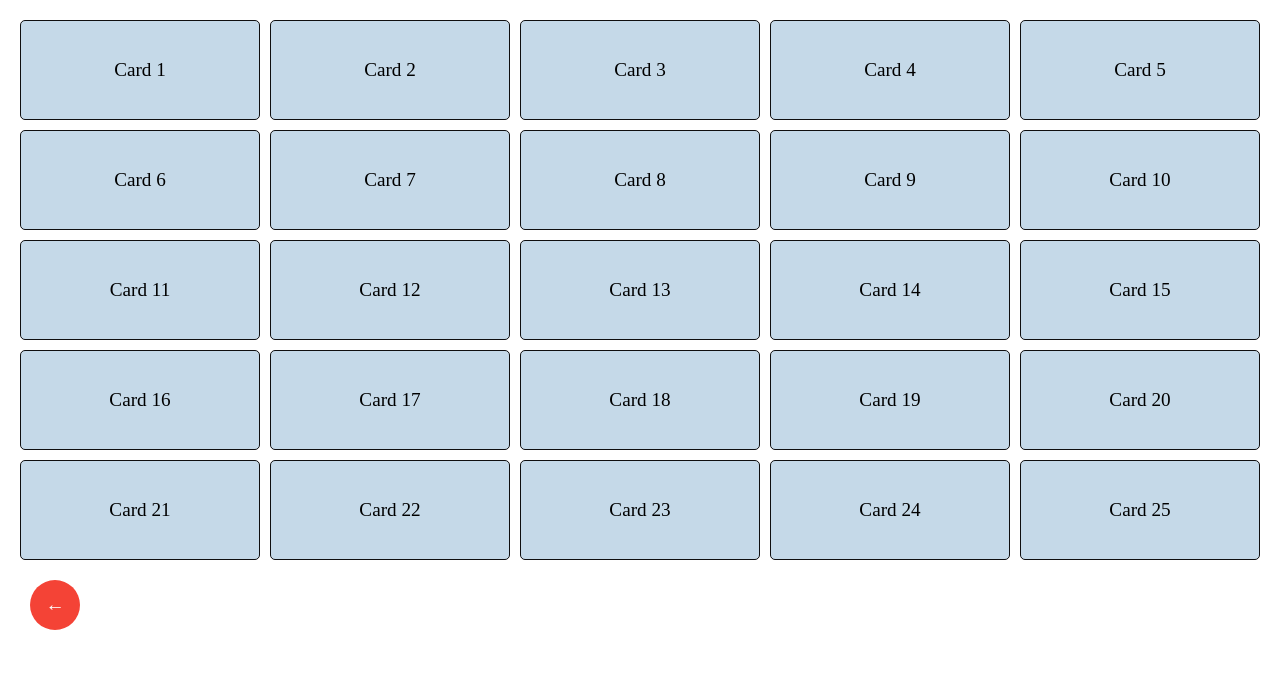
Repository: parnelltse/frontend2-courseproject
Page: /multigame
These files come from the project's save history. The page is drawn as it stood at one moment and after the next save; the edit follows.
The browser window is 1280 px wide. The pictures show the whole page.
The project was rebuilt for these pictures with package versions that can differ from the ones it lists, and the page was loaded fresh each time. Also part of the build but not shown: vite.config.js, src/pages/landing.jsx, src/pages/home.jsx, src/pages/gameoptions.jsx, src/pages/appsettings.jsx, src/pages/profilesettings.jsx, src/pages/gamehistory.jsx, src/pages/singleplayer.jsx and 4 more.

Above is the page before, as saved 2024-11-16 01:49:35.

### src/App.jsx
import React, { useState } from 'react';
import { BrowserRouter as Router, Routes, Route } from 'react-router-dom';
import { Landing } from './pages/landing';
import Home from './pages/home';
import Gameoptions from './pages/gameoptions';
import AppSettings from './pages/appsettings';
import ProfileSettings from './pages/profilesettings';
import GameHistory from './pages/gamehistory'; // Import GameHistory
import SinglePlayer from './pages/singleplayer';
import MultiPlayer from './pages/multiplayer';
import ResumeGame from './pages/resumegame';
import SingleGame from './pages/singlegame';
import MultiGame from './pages/multigame';

function App() {
  const [scores, setScores] = useState([
    { date: '2024-10-19', score: 85, gameMode: 'Single Player' },
    { date: '2024-10-18', score: 90, gameMode: 'Multiplayer' },
    { date: '2024-10-17', score: 75, gameMode: 'Single Player' },
  ]);

  return (
    <Router>
      <Routes>
        <Route path="/" element={<Landing />} />
        <Route path="/home" element={<Home />} />
        <Route path="/gameoptions" element={<Gameoptions />} />
        <Route path="/appsettings" element={<AppSettings />} />
        <Route path="/profilesettings" element={<ProfileSettings />} />
        <Route path="/gamehistory" element={<GameHistory scores={scores} />} /> {/* Pass scores as prop */}
        <Route path="/singleplayer" element={<SinglePlayer />} />
        <Route path="/multiplayer" element={<MultiPlayer />} />
        <Route path="/resumegame" element={<ResumeGame />} />
        <Route path="/singlegame" element={<SingleGame />} />
        <Route path="/multigame" element={<MultiGame />} />
      </Routes>
    </Router>
  );
}

export default App;

### src/pages/multigame.jsx
import React from "react";
import BackButton from "../components/BackButton";
import "../App.css";

export default function MultiGame() {
	return (
		<div className="game-grid">
			{Array.from({ length: 25 }).map((_, index) => (
				<div className="game-item" key={index}>
					Card {index + 1}
				</div>
			))}
			<BackButton />
		</div>
	);
}

### src/App.css
/* General Reset */
* {
	margin: 0;
	padding: 0;
	box-sizing: border-box;
}

/* Home page */
.container {
	align-items: center; /* Center the items horizontally */
	justify-content: center; /* Center the items vertically */
	min-height: 100vh; /* Full viewport height */
	background-color: #e3f2fd; /* Light blue background color */
	padding: 20px; /* Padding around content */
	padding-top: 15vh;
}

header {
	text-align: center;
	margin-bottom: 40px; /* Space below header */
	margin: auto;
}

button {
	background-color: #1e88e5; /* Button background color */
	color: white; /* White text color */
	border: none; /* Remove border */
	border-radius: 5px; /* Rounded corners */
	padding: 10px; /* Padding for buttons */
	cursor: pointer; /* Pointer cursor */
	transition: background-color 0.3s; /* Smooth background transition */
	width: 200px; /* Fixed width for all buttons */
	height: 50px; /* Fixed height for all buttons */
	font-size: 1rem; /* Font size for button text */
	margin: 10px; /* Space between buttons */
}

button:hover {
	background-color: #1565c0; /* Darker button color on hover */
}

.button-container {
	display: flex; /* Use flexbox for button alignment */
	flex-direction: column; /* Stack buttons vertically */
	align-items: center; /* Center buttons horizontally */
}

.title {
	font-size: 2.5rem; /* Title font size */
	text-align: center; /* Center the title text */
	margin-bottom: 20px; /* Space below title */
}

.profile-button {
	background-color: #6200ea; /* Primary color */
	color: white; /* White text */
	border: none; /* Remove border */
	border-radius: 5px; /* Rounded corners */
	padding: 10px 20px; /* Button padding */
	font-size: 24px; /* Font size */
	cursor: pointer; /* Pointer cursor on hover */
	transition: background-color 0.3s; /* Smooth background transition */
	width: 200px; /* Ensure the width matches other buttons */
	height: 50px; /* Ensure the height matches other buttons */
	margin-top: 100px;
}

.profile-button:hover {
	background-color: #3700b3; /* Darker shade on hover */
}

.button-container {
	display: flex;
	gap: 20px; /* Space between buttons */
}

.play-button,
.settings-button {
	background-color: #03dac6; /* Secondary color */
	border: none;
	border-radius: 5px;
	padding: 15px 25px; /* Button padding */
	font-size: 1.5rem; /* Font size */
	cursor: pointer; /* Pointer cursor on hover */
	transition: background-color 0.3s; /* Smooth background transition */
	align-items: center;
	text-align: center;
}

.play-button {
	color: rgb(74, 96, 86); /* darker text */
}

.settings-button {
	color: white; /* white text */
}

.play-button:hover {
	background-color: #018786; /* Darker shade on hover */
	color: white; /* white text */

}

.settings-button {
	background-color: #ff5722; /* Different color for settings */
}

.settings-button:hover {
	background-color: #c41c00; /* Darker shade on hover */
}

/* Typography */
h1 {
	font-size: 2.5rem;
	text-align: center;
	margin-bottom: 20px;
}

h2 {
	font-size: 1.75rem;
	text-align: center;
	margin-bottom: 15px;
}

/* Button Styles */
button {
	background-color: #6200ea;
	color: white;
	padding: 10px 20px;
	border: none;
	border-radius: 5px;
	cursor: pointer;
	margin: 10px;
	transition: background-color 0.3s ease;
}

button:hover {
	background-color: #3700b3;
}

/* Form Input Styles */
input[type="text"],
input[type="password"],
input[type="number"] {
	width: 100%;
	padding: 10px;
	margin: 10px 0;
	box-sizing: border-box;
	border: 2px solid #ccc;
	border-radius: 4px;
}

form {
	max-width: 400px;
	margin: 20px auto;
	display: flex;
	flex-direction: column;
}

/* Back Button */
button.back-btn {
	background-color: #f44336;
	color: white;
	border-radius: 50%;
	width: 50px;
	height: 50px;
	display: flex;
	justify-content: center;
	align-items: center;
	font-size: 1.2rem;
}

button.back-btn:hover {
	background-color: #e53935;
}

/* App Settings */
.app-settings {
	display: flex;
	flex-direction: column;
	justify-content: center;
	align-items: center;
	padding: 20px;
	text-align: center;
	min-height: 100vh;
	padding-top: 20vh;
}

.setting-bottons {
	display: flex;
	justify-content: center;
	flex-direction: column;
	margin: auto;
	align-items: center;
}

.theme-toggle {
	background-color: #333;
	color: white;
	padding: 10px;
	border-radius: 5px;
	cursor: pointer;
}

.theme-toggle:hover {
	background-color: #555;
}

/* Game Options */
.game-options {
	display: flex;
	flex-direction: column;
	align-items: center;
	margin: 20px;
}

button.grid-size {
	background-color: #2196f3;
	margin: 5px;
}

button.grid-size:hover {
	background-color: #1976d2;
}

/* single and multiplayer pages */
img {
	max-width: 100%;
	height: auto;
	display: block;
	margin: 0 auto;
}

.game-grid {
	display: grid;
	grid-template-columns: repeat(5, 1fr); /* 5 columns for a 5x5 grid */
	gap: 10px; /* Space between grid items */
	padding: 20px; /* Optional padding around the grid */
}

.game-item {
	background-color: #c5d9e8; /* Background color for game items */
	border: 1px solid #100f0f; /* Border for each game item */
	border-radius: 5px; /* Rounded corners */
	display: flex; /* Center content */
	align-items: center; /* Center content vertically */
	justify-content: center; /* Center content horizontally */
	height: 100px; /* Fixed height for game items */
	font-size: 1.2em; /* Font size for game item text */
}

/* history page */

.history-container {
	display: flex;
	flex-direction: column;
	align-items: center;
	justify-content: center;
	min-height: 100vh; /* Full viewport height */
	background-color: #f9f9f9; /* Light background color */
	padding: 20px; /* Padding around content */
}

.history-title {
	font-size: 2.5rem; /* Title font size */
	color: #333; /* Darker text color */
	margin-bottom: 10px; /* Space below title */
}

.history-description {
	font-size: 1.2rem; /* Description font size */
	color: #666; /* Slightly lighter text color */
	text-align: center; /* Center-align description */
	margin-bottom: 30px; /* Space below description */
}

.score-table {
	width: 100%;
	max-width: 600px; /* Max width for the table */
	margin: 0 auto; /* Center the table */
	background-color: white; /* White background for the table */
	border-radius: 8px; /* Rounded corners */
	box-shadow: 0 4px 8px rgba(0, 0, 0, 0.1); /* Subtle shadow */
	overflow: hidden; /* Ensure rounded corners apply */
}

table {
	width: 100%; /* Full width of the table */
	border-collapse: collapse; /* Remove space between table cells */
}

th,
td {
	padding: 15px; /* Cell padding */
	text-align: left; /* Align text to the left */
	border-bottom: 1px solid #e0e0e0; /* Bottom border for rows */
}

th {
	background-color: #6200ea; /* Header background color */
	color: white; /* White text for header */
}

tr:hover {
	background-color: #f1f1f1; /* Highlight row on hover */
}

.back-button {
	margin-top: 20px; /* Space above the back button */
}

/* profile settings page*/

.profile-settings-container {
	display: flex;
	flex-direction: column;
	align-items: center;
	justify-content: center;
	min-height: 100vh; /* Full viewport height */
	background-color: #f9f9f9; /* Light background color */
	padding: 20px; /* Padding around content */
}

.profile-settings-title {
	font-size: 2.5rem; /* Title font size */
	color: #333; /* Darker text color */
	margin-bottom: 20px; /* Space below title */
}

.submitted-username {
	font-size: 1.5rem; /* Font size for submitted username */
	color: #6200ea; /* Color for submitted username */
	margin-bottom: 20px; /* Space below username display */
}

.profile-settings-form {
	display: flex;
	flex-direction: column;
	align-items: center; /* Center align the form elements */
	margin-bottom: 20px; /* Space below the form */
}

.username-input {
	padding: 10px; /* Padding for input */
	font-size: 1rem; /* Font size for input */
	border: 1px solid #ccc; /* Border for input */
	border-radius: 4px; /* Rounded corners */
	margin-bottom: 10px; /* Space below input */
	width: 100%; /* Full width */
	max-width: 300px; /* Max width for input */
}

.save-button {
	padding: 10px 20px; /* Padding for button */
	background-color: #6200ea; /* Button background color */
	color: white; /* Button text color */
	border: none; /* Remove border */
	border-radius: 4px; /* Rounded corners */
	cursor: pointer; /* Pointer cursor on hover */
	font-size: 1rem; /* Font size for button */
}

.save-button:hover {
	background-color: #3700b3; /* Darker button color on hover */
}

.navigation-buttons {
	display: flex;
	gap: 10px; /* Space between navigation buttons */
}

.scores-button {
	padding: 10px 20px; /* Padding for button */
	background-color: #03dac6; /* Button background color */
	color: white; /* Button text color */
	border: none; /* Remove border */
	border-radius: 4px; /* Rounded corners */
	cursor: pointer; /* Pointer cursor on hover */
	font-size: 1rem; /* Font size for button */
}

.scores-button:hover {
	background-color: #018786; /* Darker button color on hover */
}

/* game options page */

.game-options-container {
	display: flex;
	flex-direction: column;
	align-items: center;
	justify-content: center;
	min-height: 100vh; /* Full viewport height */
	background-color: #f0f4f8; /* Light background color */
	padding: 20px; /* Padding around content */
}

.game-options-title {
	font-size: 2.5rem; /* Title font size */
	color: #333; /* Darker text color */
	margin-bottom: 40px; /* Space below title */
}

.game-options-buttons {
	display: flex;
	flex-direction: column; /* Arrange buttons vertically */
	gap: 15px; /* Space between buttons */
}

.game-option-button {
	padding: 15px 30px; /* Padding for buttons */
	font-size: 1.2rem; /* Font size for buttons */
	background-color: #6200ea; /* Button background color */
	color: white; /* Button text color */
	border: none; /* Remove border */
	border-radius: 5px; /* Rounded corners */
	cursor: pointer; /* Pointer cursor on hover */
	transition: background-color 0.3s; /* Smooth background transition */
	width: 100%; /* Full width */
	max-width: 300px; /* Max width for buttons */
}

.game-option-button:hover {
	background-color: #3700b3; /* Darker button color on hover */
}

/* create account page */

.create-container {
	display: flex;
	flex-direction: column;
	align-items: center;
	justify-content: center;
	min-height: 100vh; /* Full viewport height */
	background-color: #f0f4f8; /* Light background color */
	padding: 20px; /* Padding around content */
}

.create-header {
	text-align: center; /* Center header text */
	margin-bottom: 40px; /* Space below header */
}

.create-header h1 {
	font-size: 2.5rem; /* Title font size */
	color: #000000; /* Primary color for title */
}

.create-header h2 {
	font-size: 1.5rem; /* Subtitle font size */
	color: #333; /* Darker color for subtitle */
	margin-top: 10px; /* Space above subtitle */
}

.create-container > * {
	margin: 10px 0; /* Space between elements */
}

.back-button {
	margin-top: 20px; /* Space above back button */
	background-color: #6200ea; /* Match primary color */
	color: white; /* White text color */
	border: none; /* Remove border */
	border-radius: 5px; /* Rounded corners */
	padding: 10px 20px; /* Padding for button */
	cursor: pointer; /* Pointer cursor */
	transition: background-color 0.3s; /* Smooth background transition */
}

.back-button:hover {
	background-color: #3700b3; /* Darker button color on hover */
}

/* login page */
.login-container {
	align-items: flex-start;
	justify-content: center;
	min-height: 100vh; /* Full viewport height */
	background-color: #ede3fd; /* Light blue background color */
	padding-top: 20vh;
}

.login-header {
	text-align: center; /* Center header text */
	margin-bottom: 40px; /* Space below header */
}

.login-header h1 {
	font-size: 2.5rem; /* Title font size */
	color: #3700b3; /* Primary color for title */
}

.login-header h2 {
	font-size: 1.5rem; /* Subtitle font size */
	color: #424242; /* Darker color for subtitle */
	margin-top: 10px; /* Space above subtitle */
}

.account-form {
	width: 100%; /* Full width for the form */
	max-width: 400px; /* Maximum width for the form */
	background-color: white; /* White background for form */
	border-radius: 8px; /* Rounded corners */
	box-shadow: 0 2px 10px rgba(0, 0, 0, 0.1); /* Subtle shadow */
	padding: 20px; /* Padding inside the form */
}

button {
	background-color: #6200ea; /* Match primary color */
	color: white; /* White text color */
	border: none; /* Remove border */
	border-radius: 5px; /* Rounded corners */
	padding: 10px 20px; /* Padding for button */
	cursor: pointer; /* Pointer cursor */
	transition: background-color 0.3s; /* Smooth background transition */
}

button:hover {
	background-color: #3700b3; /* Darker button color on hover */
}

.account-form input {
	margin: 10px 0; /* Space between inputs */
	padding: 10px; /* Padding for inputs */
	border: 1px solid #ccc; /* Light border for inputs */
	border-radius: 5px; /* Rounded corners for inputs */
	width: 100%; /* Full width for inputs */
}

### src/components/BackButton.jsx
import React from "react";
import { useNavigate } from "react-router-dom";

export default function BackButton() {
	const navigate = useNavigate();

	return (
		<button className="back-btn" onClick={() => navigate(-1)}>
			&#x2190;
		</button>
	);
}

Loaded but not shown: index.html (common file); src/main.jsx (common file)

After the next save:
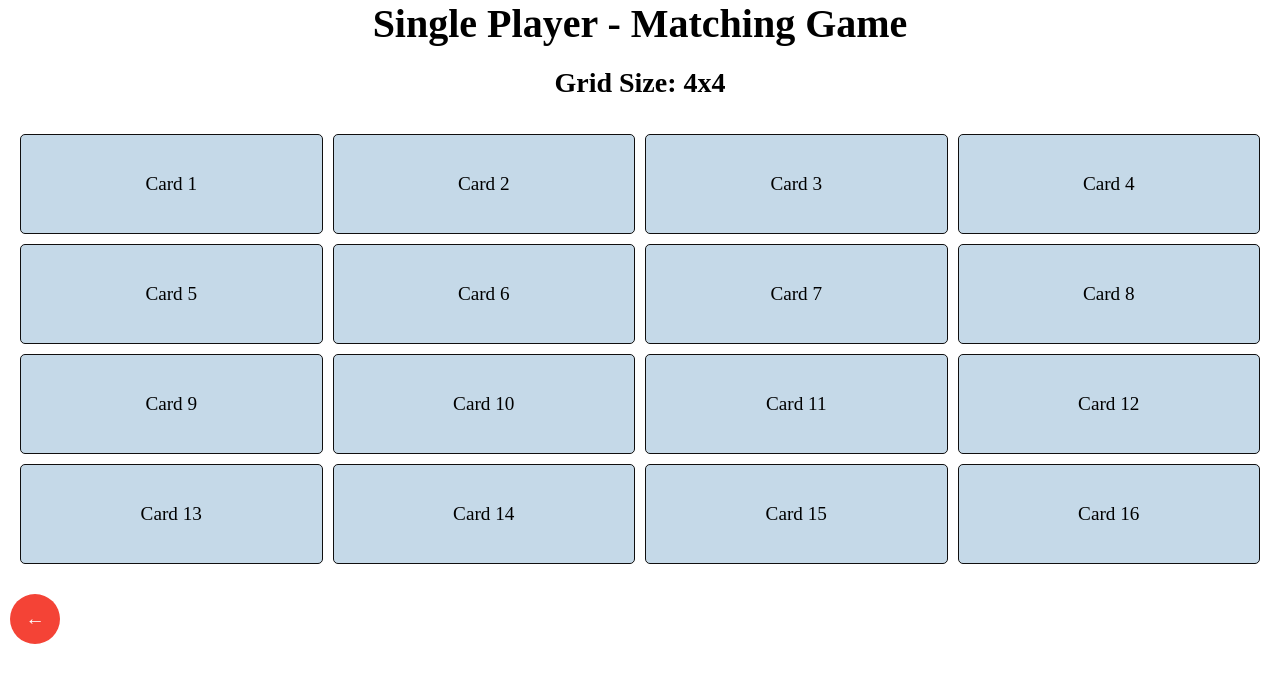
Saved 64 s later.
--- a/src/pages/multigame.jsx
+++ b/src/pages/multigame.jsx
@@ -1,15 +1,34 @@
 import React from "react";
+import { useLocation } from "react-router-dom";
 import BackButton from "../components/BackButton";
 import "../App.css";
 
 export default function MultiGame() {
+	const location = useLocation();
+	const { gridSize } = location.state || { gridSize: 4 }; // Default to 5x5
+
+	// Total cards = gridSize * gridSize
+	const totalCards = gridSize * gridSize;
+
 	return (
-		<div className="game-grid">
-			{Array.from({ length: 25 }).map((_, index) => (
-				<div className="game-item" key={index}>
-					Card {index + 1}
-				</div>
-			))}
+		<div className="single-game-container">
+			<h1>Single Player - Matching Game</h1>
+			<h2>Grid Size: {gridSize}x{gridSize}</h2>
+
+			<div
+				className="game-grid"
+				style={{
+					gridTemplateColumns: `repeat(${gridSize}, 1fr)`,
+					gridTemplateRows: `repeat(${gridSize}, 1fr)`,
+				}}
+			>
+				{Array.from({ length: totalCards }).map((_, index) => (
+					<div className="game-item" key={index}>
+						Card {index + 1}
+					</div>
+				))}
+			</div>
+
 			<BackButton />
 		</div>
 	);
